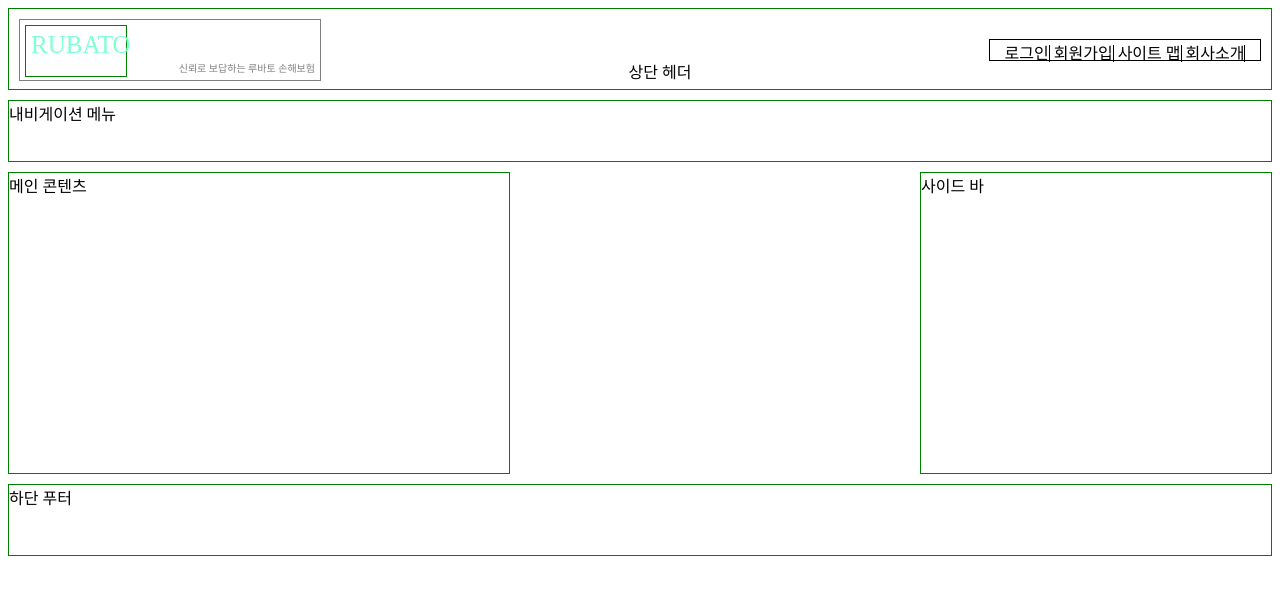
Repository: woosungtae/html_css
Page: pro01/public/woosungtae_2.html
These files come from the project's save history. The page is drawn as it stood at one moment and after the next save; the edit follows.
The browser window is 1280 px wide. The pictures show the whole page.

Above is the page before, as saved 2022-12-14 05:05:44.

After the next save:
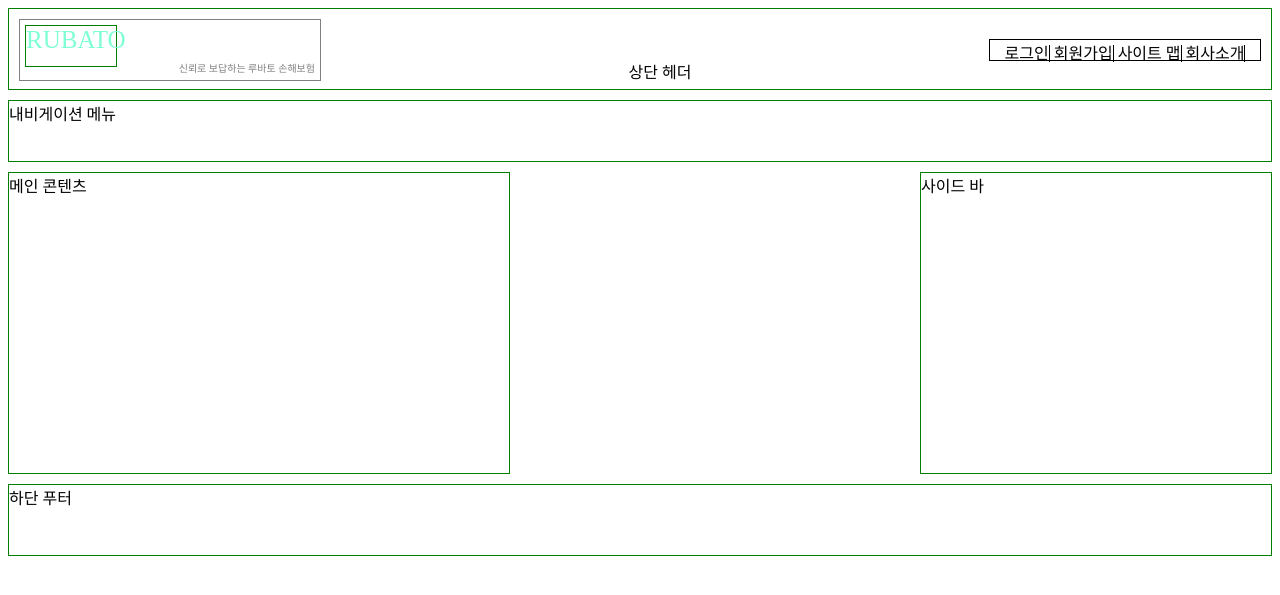
Saved 18 s later.
--- a/pro01/public/woosungtae_2.html
+++ b/pro01/public/woosungtae_2.html
@@ -32,7 +32,7 @@
        border: 1px solid green;
        margin: 5px;
        text-align: center;
-       padding: 5px;
+
        font-size: 25px;
        color: aquamarine;
        background-color: white;

After the save that followed:
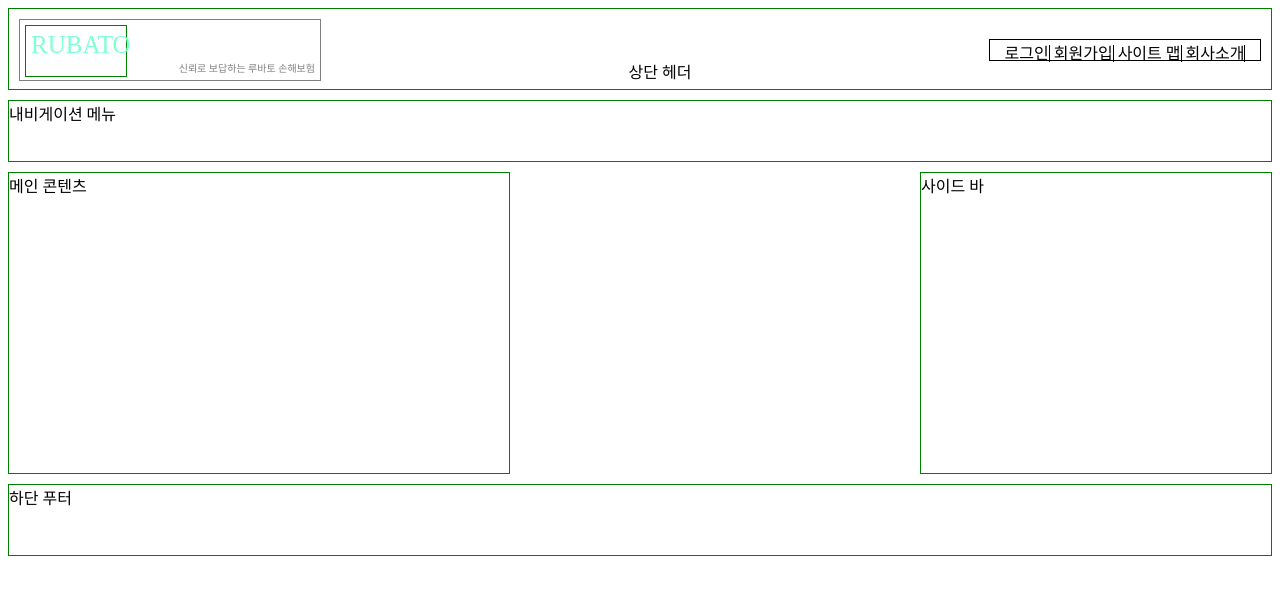
Saved 7 s later.
--- a/pro01/public/woosungtae_2.html
+++ b/pro01/public/woosungtae_2.html
@@ -32,7 +32,7 @@
        border: 1px solid green;
        margin: 5px;
        text-align: center;
-
+       padding:5px;
        font-size: 25px;
        color: aquamarine;
        background-color: white;
